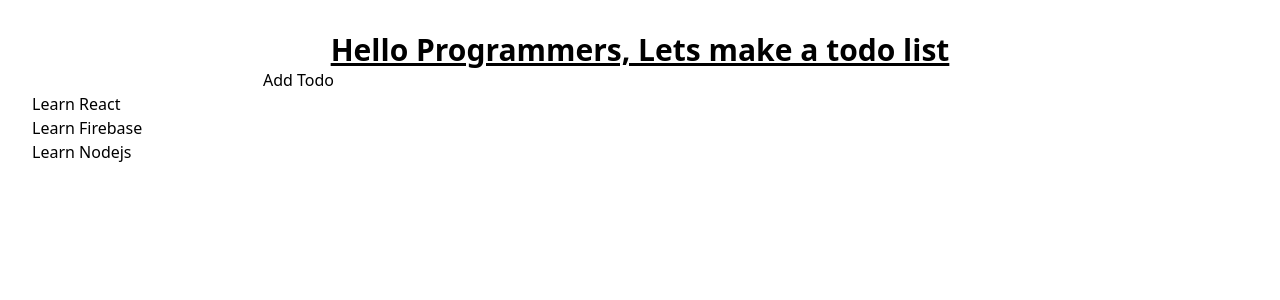
Repository: Shamraiz761/todo_list
Page: /
The author's editor kept a copy of each file at every save. The page is drawn from the files as they stood at one save, then again after the next save.
The browser window is 1280 px wide. The pictures show the whole page.
The project was rebuilt for these pictures with package versions that can differ from the ones it lists, and the page was loaded fresh each time. Also part of the build but not shown: vite.config.js.

Above is the page before, as saved 2024-01-11 22:32:55.

### src/App.jsx
import { useState } from "react";


function App() {
  const [todo, setTodo] = useState([
    "Learn React",
    "Learn Firebase",
    "Learn Nodejs",
  ]);
  const [input, setInput] = useState("");
  const addTodo = (e) => {
    e.preventDefault();
    setTodo([...todo, input]);
    setInput("");
  };

  return (
    <div className="m-5 p-3 ">
      <h1 className="text-3xl font-bold underline text-center">Hello Programmers, Lets make a todo list</h1>
      <form>
        <input
          type="text"
          value={input}
          onChange={(e) => {
            setInput(e.target.value);
          }}
        />
        <button onClick={addTodo}>Add Todo</button>
      </form>
      <ul>
        {todo.map((item , index) => {
          return <li key={index}>{item}</li>;
        })}
      </ul>
    </div>
  );
}

export default App;

Loaded but not shown: index.html (common file); src/main.jsx (common file); src/index.css (common file); tailwind.config.js (common file)

After the next save:
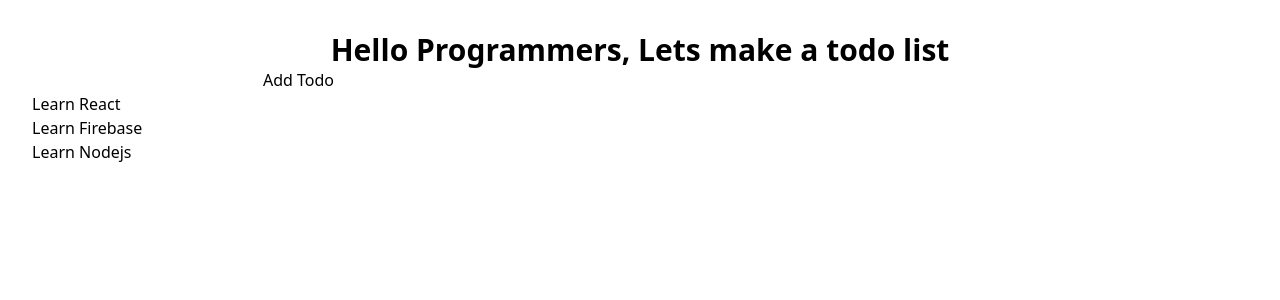
Saved 13 s later.
--- a/src/App.jsx
+++ b/src/App.jsx
@@ -16,7 +16,7 @@ function App() {
 
   return (
     <div className="m-5 p-3 ">
-      <h1 className="text-3xl font-bold underline text-center">Hello Programmers, Lets make a todo list</h1>
+      <h1 className="text-3xl font-bold  text-center">Hello Programmers, Lets make a todo list</h1>
       <form>
         <input
           type="text"
